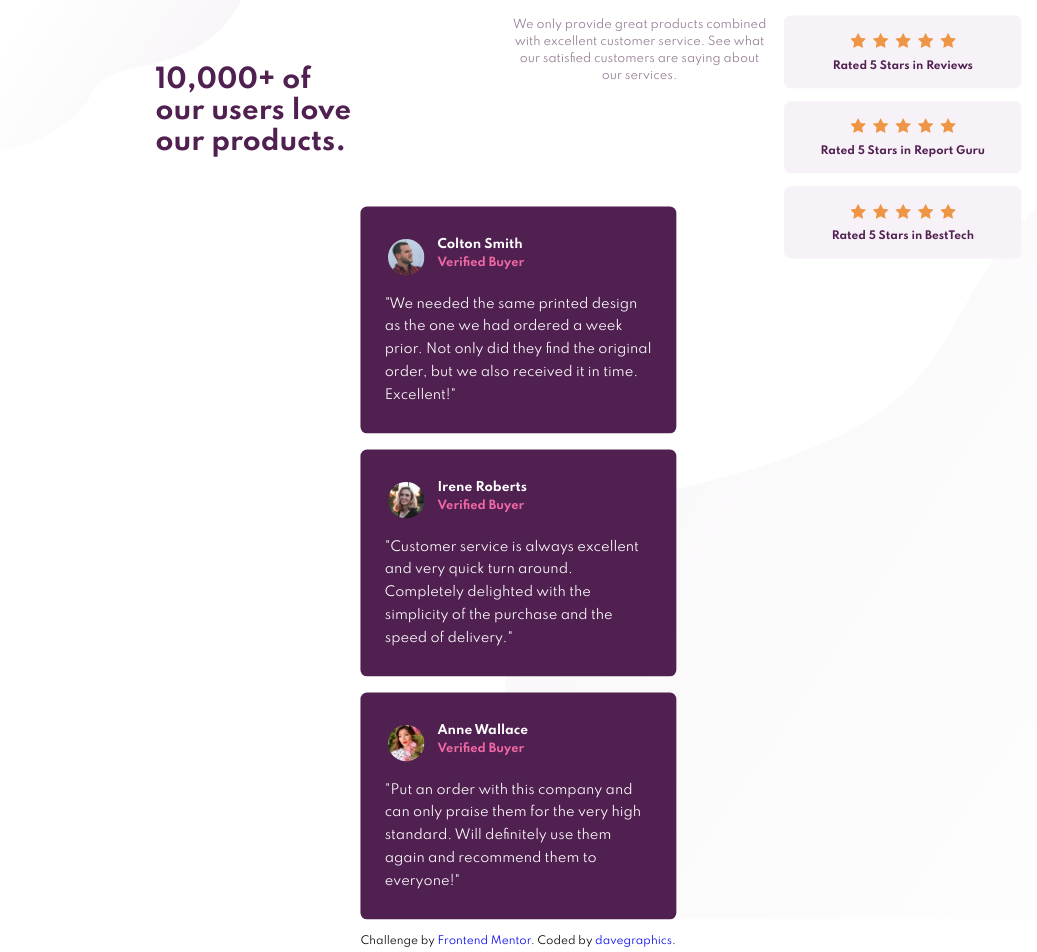
Repository: DejV44/social-proof-section-master
Page: index.html
An editor plug-in stored every save of this project. The page is shown before and after the next save, followed by the edit.
The browser window is 1280 px wide. The pictures show the whole page, at 81% of full size.
The style sheet was rebuilt from its Sass, Less or Tailwind sources for each picture, by a compiler version that may differ from the author's.

Above is the page before, as saved 2021-06-18 22:59:51.

After the next save:
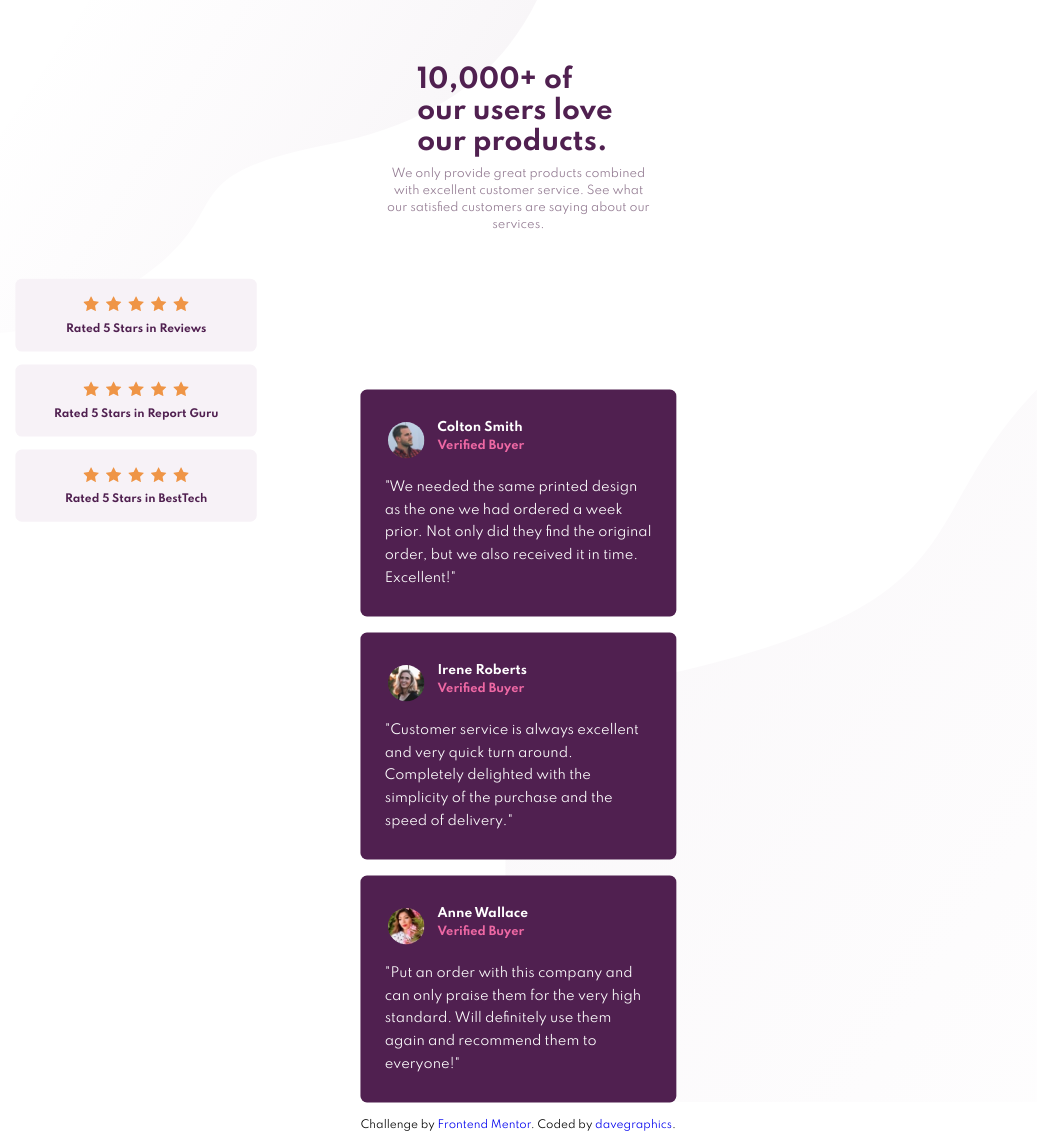
Saved 2 min 44 s later.
--- a/css/main.scss
+++ b/css/main.scss
@@ -173,8 +173,8 @@ body {
         background-image: url(..//img/bg-pattern-top-mobile.svg);
         background-repeat: no-repeat;
         background-size: auto;
-        display: flex;
-        justify-content: space-between;
+        display: grid;
+
 
         .title {
             text-align: left;
